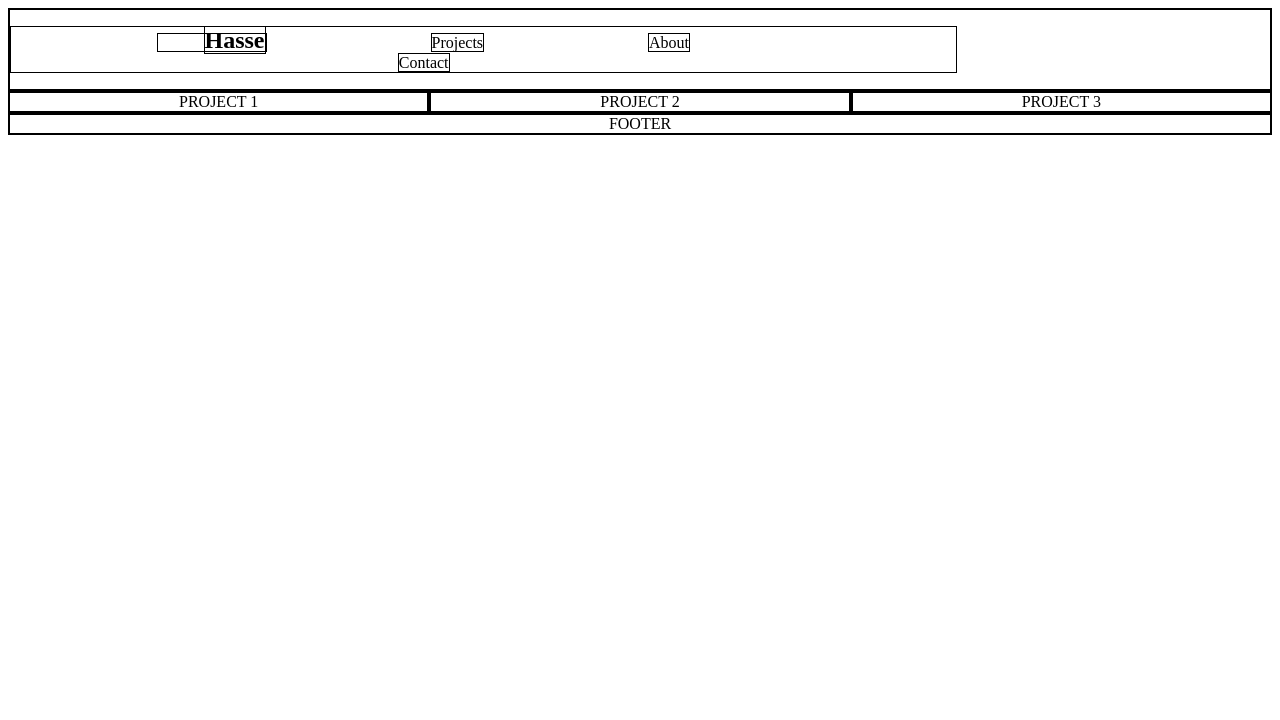
Repository: mirkbirki/mirkbirki.github.io
Page: index.html
These files come from the project's save history. The page is drawn as it stood at one moment and after the next save; the edit follows.
The browser window is 1280 px wide. The pictures show the whole page.

Above is the page before, as saved 2022-11-10 12:13:12.

After the next save:
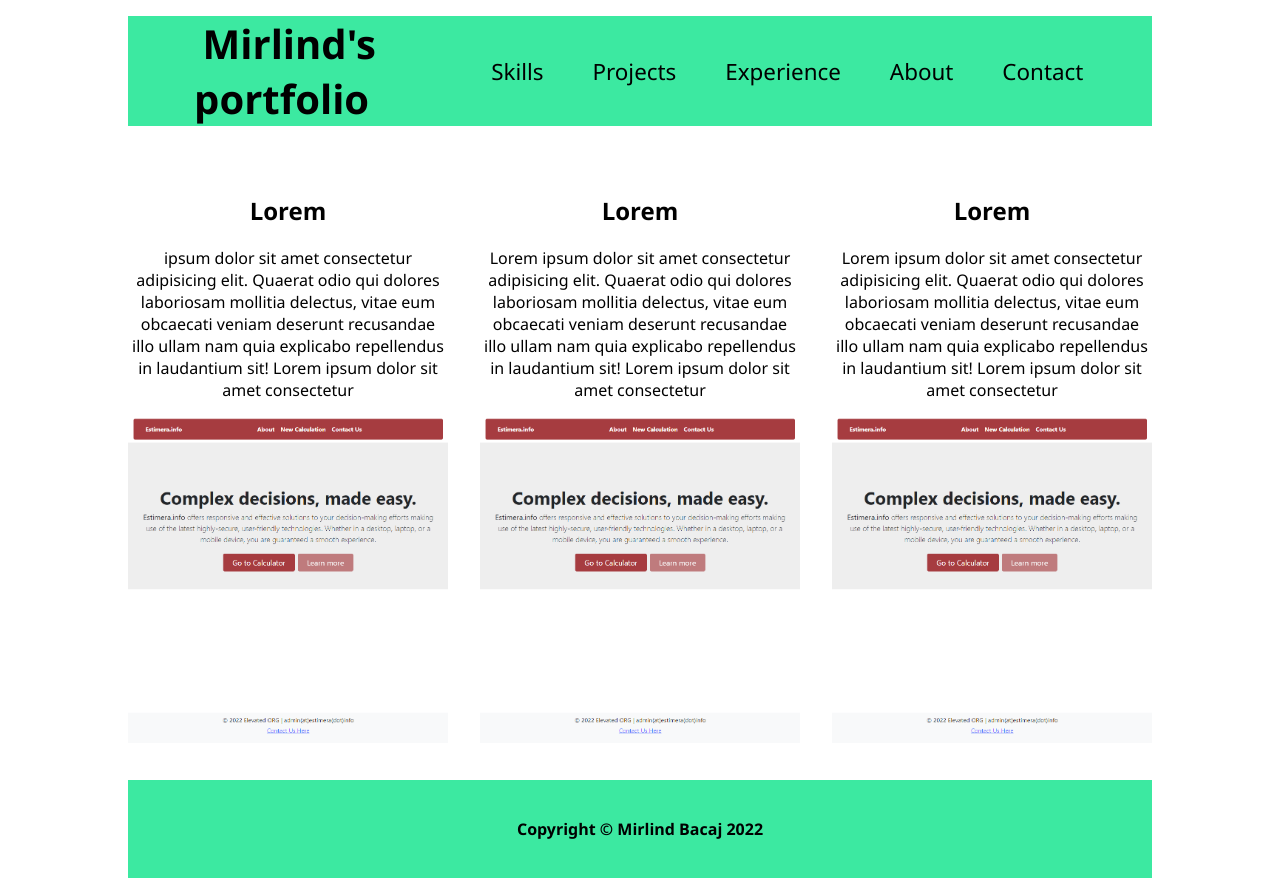
Saved 4 h 0 min later.
--- a/index.html
+++ b/index.html
@@ -11,20 +11,41 @@
     <div class="grid-container">
         <div class="grid-item-1">
             <div class="flex-container">
-                <nav>
+                <div class="brand">
+                    <h1>Mirlind's portfolio</h1>
+                </div>
+                <div class="nav_bar">
                     <ul>
-                        <li><h1>Hasse</h1></li>
+                        <li>Skills</li>
                         <li>Projects</li>
+                        <li>Experience</li>
                         <li>About</li>
                         <li>Contact</li>
                     </ul>
-                </nav>
+                </div>
             </div>
         </div>
-        <div class="grid-item-2">PROJECT 1</div>
-        <div class="grid-item-3">PROJECT 2</div>
-        <div class="grid-item-4">PROJECT 3</div>
-        <div class="grid-item-5">FOOTER</div>
+        <div class="grid-item-2">
+            <p><h2>Lorem</h2> ipsum dolor sit amet consectetur adipisicing elit. Quaerat odio qui dolores laboriosam mollitia
+            delectus, vitae eum obcaecati veniam deserunt recusandae illo ullam nam quia explicabo repellendus in laudantium sit!
+            Lorem ipsum dolor sit amet consectetur </p>
+            <img src="estimera-1.png" />
+        </div>
+        <div class="grid-item-3">
+            <p><h2>Lorem</h2>Lorem ipsum dolor sit amet consectetur adipisicing elit. Quaerat odio qui dolores laboriosam mollitia
+            delectus, vitae eum obcaecati veniam deserunt recusandae illo ullam nam quia explicabo repellendus in laudantium sit!
+            Lorem ipsum dolor sit amet consectetur</p>
+            <img src="estimera-1.png" />
+        </div>
+        <div class="grid-item-4">
+            <p><h2>Lorem</h2>Lorem ipsum dolor sit amet consectetur adipisicing elit. Quaerat odio qui dolores laboriosam mollitia
+            delectus, vitae eum obcaecati veniam deserunt recusandae illo ullam nam quia explicabo repellendus in laudantium sit!
+            Lorem ipsum dolor sit amet consectetur</p>
+            <img src="estimera-1.png" />
+        </div>
+        <div class="grid-item-5">
+            <p><br /><b>Copyright © Mirlind Bacaj 2022</b><br /><br /></p>
+        </div>
     </div>
 </body>
 </html>
--- a/styles.css
+++ b/styles.css
@@ -1,57 +1,88 @@
+* {
+  font-family:'Segoe UI', Tahoma, Geneva, Verdana, sans-serif;
+}
+
+body {
+  margin: 0;
+}
+
 .grid-container {
   display: grid;
   grid-template-columns: auto auto auto;
   grid-template-rows: auto;
   text-align: center;
   height: 100%;
-  width: 100%;
+  width: 80%;
+  margin: 0 auto;
+  gap: 2em;
 }
 
 .grid-item-1 {
-  border: 2px solid rgb(0, 0, 0);
   grid-column: 1/span 3;
   grid-row: 1/span2;
+  margin: 1em 0;
 }
 
 .flex-container {
   display: flex;
+  background-color: rgb(60, 233, 161);
 }
 
-.grid-item-1 h1 {
+.brand {
+  font-size: 1em;
+  margin: auto 1em auto 0;
+  width: 30%;
+}
+
+.brand h1 {
   display: inline;
   margin-left: 5%;
-  border: 1px solid black;
+  font-size: 2.5em;
 }
 
-.grid-item-1 ul {
-  width: 100%;
-  list-style-type: none;
-  border: 1px solid black;
+.nav_bar {
+  margin: auto 1em auto 0;
 }
 
-.grid-item-1 li {
-  display: inline;
-  margin-right: 10em;
-  border: 1px solid black;
+.nav_bar ul {
+  list-style-type: none;
 }
 
-nav {
-
+.nav_bar li {
+  display: inline-block;
+  margin-right: 2em;
+  font-size: 1.4em;
 }
 
 .grid-item-2 {
-  border: 2px solid rgb(0, 0, 0);
+}
+
+.grid-item-2 p {
+  text-align: left;
+  padding-left: 0.7em;
+}
+
+img {
+  max-width: 100%;
 }
 
 .grid-item-3 {
-  border: 2px solid rgb(0, 0, 0);
+}
+
+.grid-item-3 p {
+  text-align: left;
+  padding-left: 0.7em;
 }
 
 .grid-item-4 {
-  border: 2px solid rgb(0, 0, 0);
+}
+
+.grid-item-4 p {
+  text-align: left;
+  padding-left: 0.7em;
 }
 
 .grid-item-5 {
-  border: 2px solid rgb(0, 0, 0);
+  background-color: rgb(60, 233, 161);
   grid-column: 1/span 3;
 }
